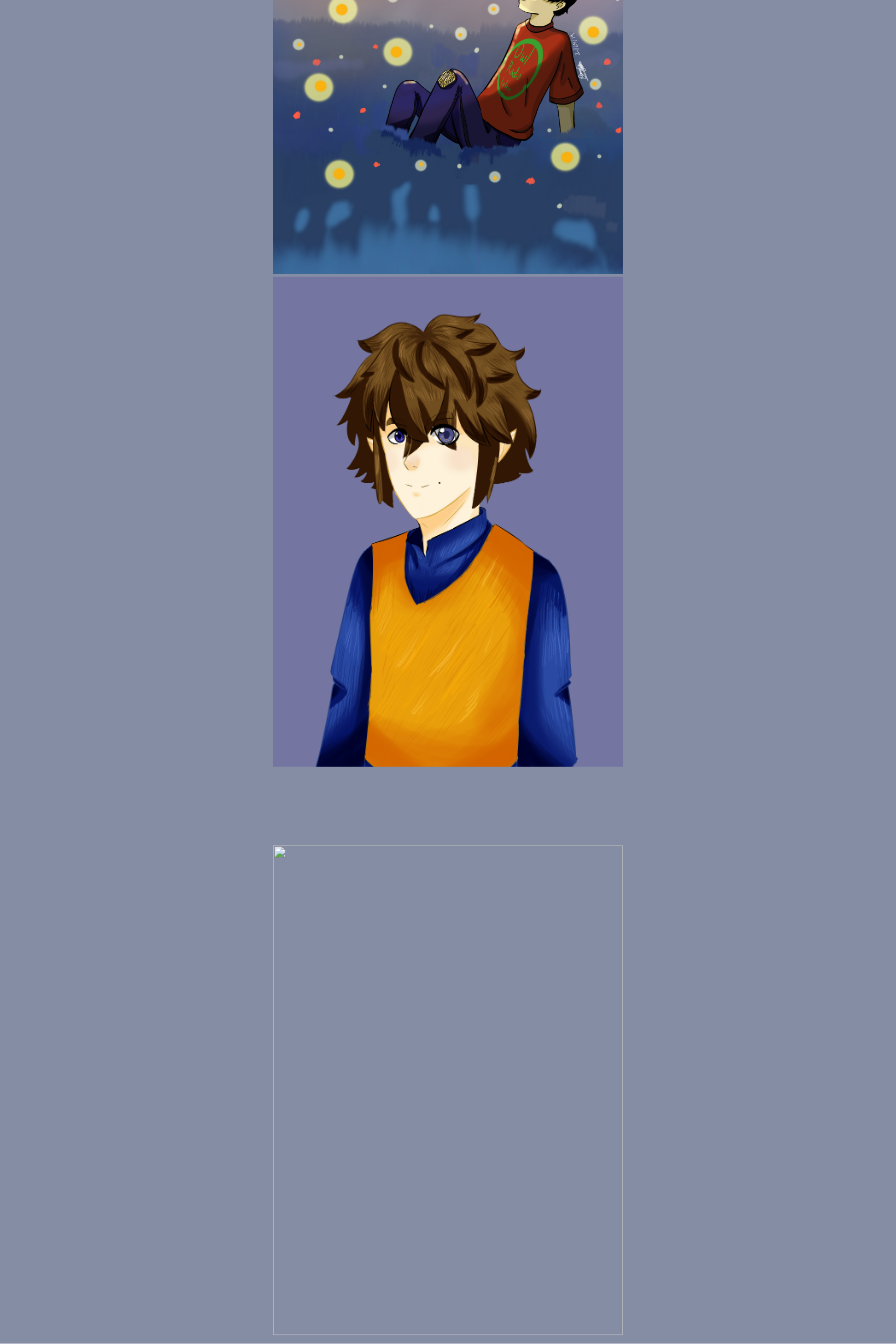
Repository: MaiJun21/MaiJun21.github.io
Page: drawings and artwork.html
The author's editor kept a record of every edit. The page is drawn from the files as they stood at one moment, then again after the next edit.
The browser window is 1280 px wide. The pictures show the part of the page from y = 1128 to 3048 px (the page is 3048 px tall before and 2236 px after), at 70% of full size.

Above is the page before.

### drawings and artwork.html
<!DOCTYPE html>
<html>
     <style>
    body{
        background-image: url('images/bg.png');
    }
    </style>
<head>
<title>Page Title</title>
</head>
<center>
<body>

<h1 style="text-align:center;">Artwork and Sketches</h1>
<a href="index.html">Home Page</a>
<br>
<br>

<div class="row">
  <div class="column">
    <img src="images/scarecrow_as_wizard.jpg" alt="Drawing of Scarecrow from Wizard of Oz as an rpg magic class" width="500" height="700">
  </div>
  <div class="column">
    <img img src="images/fairy_lights.png" alt="Fairy Lights" width="500" height="700">

  </div>
  <div class="column">
    <img img src="images/ladon_sprite.png" alt="Ladon" width="500" height="700">

  </div>
</div>


<br>
<br>

<br>
<br>

<br>
<br>
<img src="" alt="" width="500" height="700">




</body>
</center>
</html>

After the next edit:
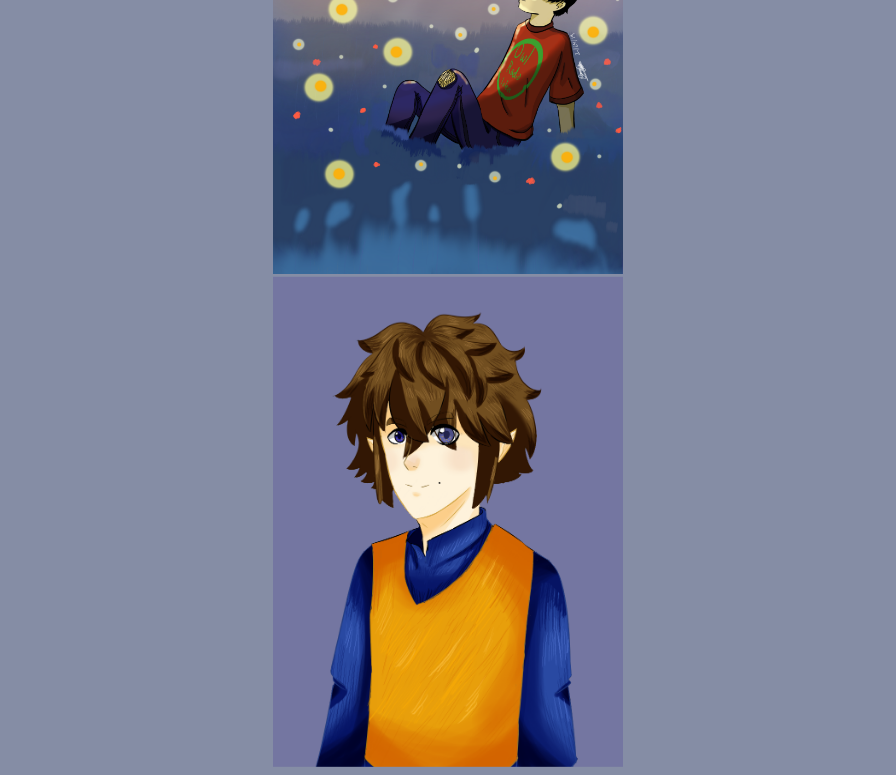
The edit:
--- a/drawings and artwork.html
+++ b/drawings and artwork.html
@@ -31,15 +31,6 @@
 </div>
 
 
-<br>
-<br>
-
-<br>
-<br>
-
-<br>
-<br>
-<img src="" alt="" width="500" height="700">
 
 
 
